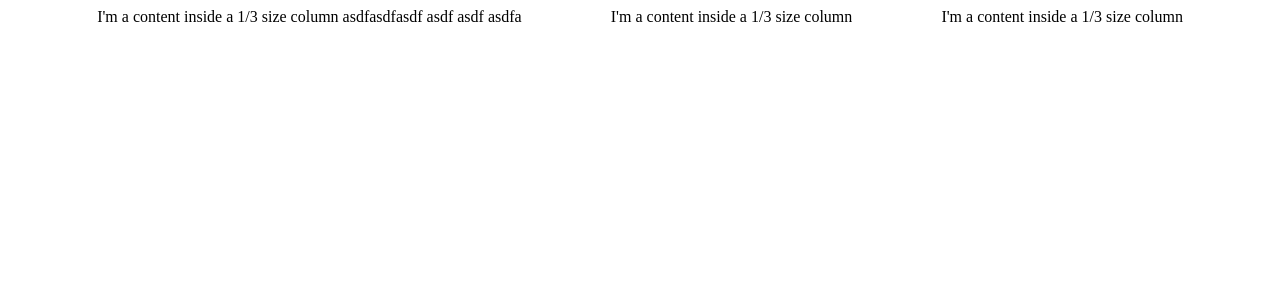
Repository: ervinne13/gg-basic-web-frontend-development
Page: modules/css/long-samples/grid-system-1.html
An editor plug-in stored every save of this project. The page is shown before and after the next save, followed by the edit.
The browser window is 1280 px wide. The pictures show the whole page.

Above is the page before, as saved 2019-07-04 17:03:25.

### modules/css/long-samples/grid-system-1.html
<html>
    <head>
        <style>
            .container {
                max-width: 1335px;
                margin: 0 auto;
            }

            .container .row {
                display: flex;
                justify-content: space-evenly;
            }

            .container .row .col {
            }
        </style>
    </head>
    <body>
        <div class="container">
            <div class="row">
                <div class="col">
                    I'm a content inside a 1/3 size column asdfasdfasdf asdf asdf asdfa
                </div>
                <div class="col">
                    I'm a content inside a 1/3 size column
                </div>
                <div class="col">
                    I'm a content inside a 1/3 size column
                </div>
            </div>
        </div>
    </body>
</html>

After the next save:
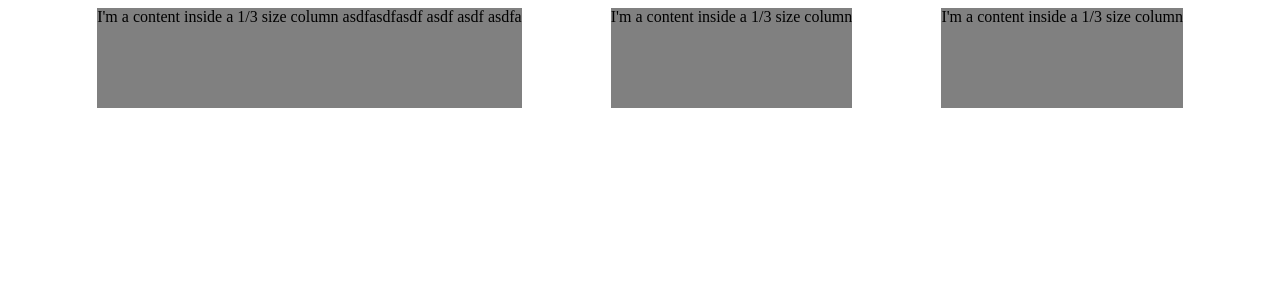
Saved 16 s later.
--- a/modules/css/long-samples/grid-system-1.html
+++ b/modules/css/long-samples/grid-system-1.html
@@ -12,6 +12,8 @@
             }
 
             .container .row .col {
+                background-color: grey;
+                min-height: 100px;
             }
         </style>
     </head>
